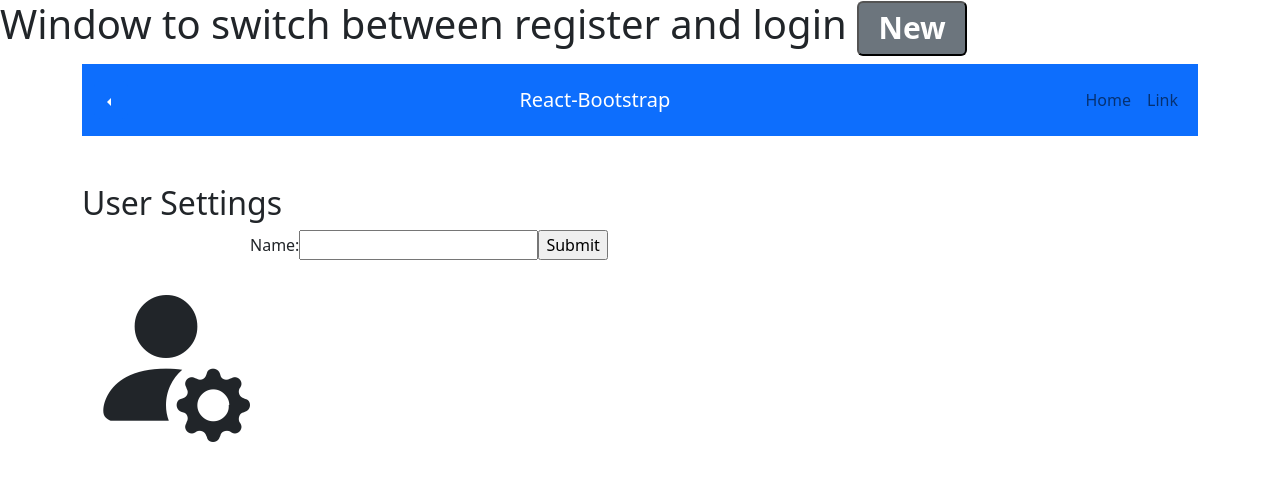
Repository: christenis98/RealWorldApp
Page: / (app in bank-frontend/)
An editor plug-in stored every save of this project. The page is shown before and after the next save, followed by the edit.
The browser window is 1280 px wide. The pictures show the whole page.
The project was rebuilt for these pictures with package versions that can differ from the ones it lists, and the page was loaded fresh each time. Also part of the build but not shown: bank-frontend/src/App.css.

Above is the page before, as saved 2022-11-24 12:37:19.

### bank-frontend/src/index.js
import React from 'react';
import ReactDOM from 'react-dom/client';
import './index.css';
import App from './App';
import reportWebVitals from './reportWebVitals';
import 'bootstrap/dist/css/bootstrap.min.css';

import 'bootstrap-icons/font/bootstrap-icons.css';

const root = ReactDOM.createRoot(document.getElementById('root'));
root.render(
  <React.StrictMode>
    <App />
  </React.StrictMode>
);

// If you want to start measuring performance in your app, pass a function
// to log results (for example: reportWebVitals(console.log))
// or send to an analytics endpoint. Learn more: https://bit.ly/CRA-vitals
reportWebVitals();

### bank-frontend/src/App.js
import logo from './logo.svg';
import './App.css';
import Badge from 'react-bootstrap/Badge'
import DropStartComponent from './js/DropStartComponent';
import UserSettings from './js/UserSettings';


function App() {
  return (
    <div>
    <h1>
      Window to switch between register and login{' '}
      <Badge bg="secondary" as="Button">
        New
      </Badge>
    </h1>
    <DropStartComponent/>
    <UserSettings/>
  </div>
  );
}

export default App;

### bank-frontend/src/js/DropStartComponent.js
import Dropdown from "react-bootstrap/Dropdown";
import DropdownButton from "react-bootstrap/DropdownButton";
import Nav from "react-bootstrap/Nav";
import Navbar from "react-bootstrap/Navbar";
import NavDropdown from "react-bootstrap/NavDropdown";
import Container from "react-bootstrap/Container";

const DropStartComponent = () => {
  return (
    <Container>
      <Navbar bg="primary" variant="dark" expand="lg">
        <Container>
          <DropdownButton
            key={"start"}
            id={`dropdown-button-drop-${"start"}`}
            drop={"start"}
            variant="primary"
          >
            <Dropdown.Item eventKey="1">Action</Dropdown.Item>
            <Dropdown.Item eventKey="2">Another action</Dropdown.Item>
            <Dropdown.Item eventKey="3">Something else here</Dropdown.Item>
            <Dropdown.Divider />
            <Dropdown.Item eventKey="4">Separated link</Dropdown.Item>
          </DropdownButton>
          <Navbar.Brand href="#home">React-Bootstrap</Navbar.Brand>
          <Navbar.Toggle aria-controls="basic-navbar-nav" />
          <Navbar id="basic-navbar-nav">
            <Nav className="me-auto">
              <Nav.Link href="#home">Home</Nav.Link>
              <Nav.Link href="#link">Link</Nav.Link>
            </Nav>
          </Navbar>
        </Container>
      </Navbar>
    </Container>
  );
};

export default DropStartComponent;

### bank-frontend/src/js/UserSettings.jsx
import React from 'react'

function UserSettings() {
    return (
        <div className="container d-flex flex-column bd-highlight">
            <div className="d-flex flex-row bd-highlight mx-left mt-5">
                <h2>User Settings</h2>
            </div>

            <div className="d-flex flex-row bd-highlight mb-3">
                <i className="bi bi-person-fill-gear" style={{ fontSize: "1050%" }}></i>
                <div>
                    <label>
                        Name:
                        <input type="text" name="name" />
                    </label>
                    <input type="submit" value="Submit" />
                </div>
            </div>
        </div>
    )
}


export default UserSettings;

Loaded but not shown: bank-frontend/public/index.html (common file); bank-frontend/src/index.css (common file); bank-frontend/src/reportWebVitals.js (common file)

After the next save:
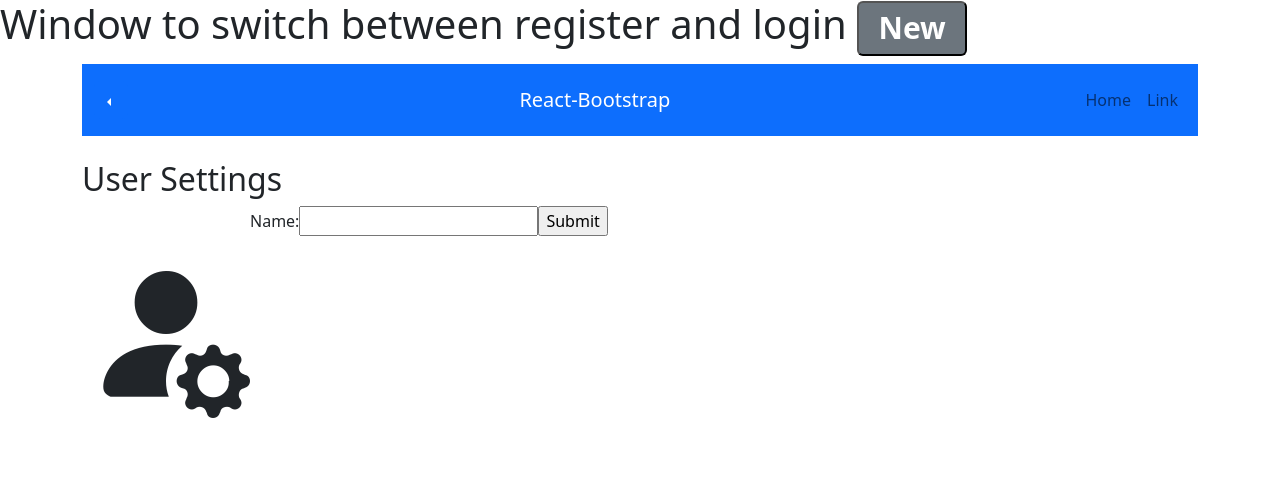
Saved 7 s later.
--- a/bank-frontend/src/js/UserSettings.jsx
+++ b/bank-frontend/src/js/UserSettings.jsx
@@ -3,7 +3,7 @@ import React from 'react'
 function UserSettings() {
     return (
         <div className="container d-flex flex-column bd-highlight">
-            <div className="d-flex flex-row bd-highlight mx-left mt-5">
+            <div className="d-flex flex-row bd-highlight mx-left mt-4">
                 <h2>User Settings</h2>
             </div>
 
